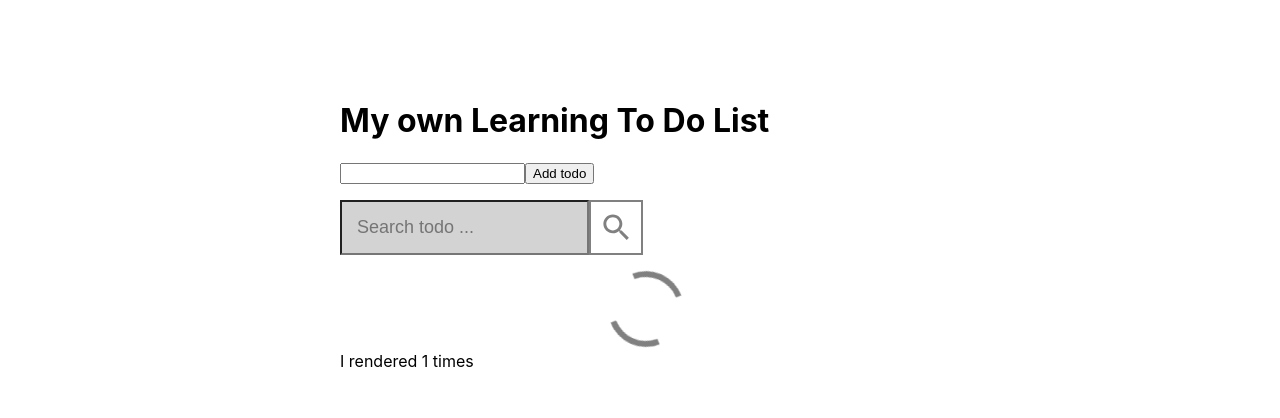
Repository: ArusyakAghajanyan/To-Do
Page: /
The author's editor kept a copy of each file at every save. The page is drawn from the files as they stood at one save, then again after the next save.
The browser window is 1280 px wide. The pictures show the whole page.
The page's requests for data from a server got no answer. The project was rebuilt for these pictures with package versions that can differ from the ones it lists, and the page was loaded fresh each time. No one was signed in, and anything a server would have sent is missing. Also part of the build but not shown: src/Todo/TodoItem.js, src/Todo/TodoList.js.

Above is the page before, as saved 2022-03-16 16:22:57.

### src/index.css
body {
  margin: 0;
  font-family: -apple-system, BlinkMacSystemFont, 'Segoe UI', 'Roboto', 'Oxygen',
    'Ubuntu', 'Cantarell', 'Fira Sans', 'Droid Sans', 'Helvetica Neue',
    sans-serif;
  -webkit-font-smoothing: antialiased;
  -moz-osx-font-smoothing: grayscale;
}

code {
  font-family: source-code-pro, Menlo, Monaco, Consolas, 'Courier New',
    monospace;
}
.wrapper {
  padding-top: 5rem;
  margin: 0 auto;
  width: 600px;
}
.rm {
  background: gray;
  border-radius: 50%;
  color:#fff;
  border: none;
}

.done {
  text-decoration: line-through;
}

.lds-dual-ring {
  display: inline-block;
  width: 80px;
  height: 80px;
}

.lds-dual-ring:after {
  content: " ";
  display: block;
  width: 64px;
  height: 64px;
  margin: 8px;
  border-radius: 50%;
  border: 6px solid gray;
  border-color: gray transparent gray transparent;
  animation: lds-dual-ring 1.2s linear infinite;
}
@keyframes lds-dual-ring {
  0% {
    transform: rotate(0deg);
  }
  100% {
    transform: rotate(360deg);
  }
}

### src/App.js
import React, { useEffect, useRef, useState } from 'react'
import TodoList from './Todo/TodoList'
import Context from './context'
import Loader from './Loader'
import SearchBar from './Search/SearchBar'

const AddTodo = React.lazy(
  () =>
  new Promise(resolve => {
    setTimeout(() => {
      resolve(import('./Todo/AddTodo'))
    }, 3000)
  })
  )

function App() {
  const [todos, setTodos] = useState([])
    // { id: 1, completed: false, title: 'Learn HTML, CSS'},
    // { id: 2, completed: true, title: 'Learn Js'},
    // { id: 3, completed: false, title: 'Learn React'},
    // { id: 4, completed: false, title: 'Learn Java'}
  const [loading, setLoading] = useState(true)
  const renderCount = useRef(0)
  const[data,setData] = useState([])

  useEffect(() => {
    renderCount.current = renderCount.current + 1
  })


useEffect(() => {
  fetch('https://jsonplaceholder.typicode.com/todos?_limit=5')
    .then(response => response.json())
    .then(todos => {
      setTimeout(() => {
        setTodos(todos)
        setLoading(false)
      }, 2000)
    })
}, [])

  function toggleTodo(id){
    setTodos(
    todos.map(todo => {
    if (todo.id === id) {
      todo.completed = !todo.completed
    }
    return todo
    })
    )
  }

  function removeTodo(id){
   setTodos(todos.filter(todo => todo.id !== id))
  }

  function addTodo(title) {
    setTodos(todos.concat([{
      title,
      id: Date.now(),
      completed: false
    }]))
  }
  function searchResult(data){
    console.log("data=", data)
    setData(data)
  }
  return (
    <Context.Provider value={{ removeTodo }}>
    <div className='wrapper'>
      <h1>My own Learning To Do List</h1>
      <React.Suspense fallback={<p>Loading...</p>}>

      <AddTodo onCreate={addTodo} />
      <SearchBar placeholder="Search todo ..." data={todos}  filterData={searchResult} />
      </React.Suspense>
      {loading && <Loader />}
      {todos.length ? (
      <TodoList todos={data.length > 0 ? data : todos} onToggle={toggleTodo} />
      ) : loading ? null : (
        <p>No todos!</p>
       )}
       <div> I rendered {renderCount.current} times </div>
       <div >

    </div>

    </div>
    </Context.Provider>

  )
}

export default App

### src/Loader.js
import React from 'react'

export default () => <div style={{display: 'flex', justifyContent: 'center', margin: '.5rem' }}>
    <div className="lds-dual-ring" /></div>

### src/Search/SearchBar.js
import React, { useState, useEffect } from "react";
import "./SearchBar.css";
import SearchIcon from '@mui/icons-material/Search';
import CloseIcon from '@mui/icons-material/Close';

function SearchBar({ placeholder, data, filterData }) {
  const [filteredData, setFilteredData] = useState([]);
  const [wordEntered, setWordEntered] = useState("");

  const handleFilter = (event) => {
    const searchWord = event.target.value;
    setWordEntered(searchWord);
    const newFilter = data.filter((value) => {
      return value.title.toLowerCase().includes(searchWord.toLowerCase());
    });

    if (searchWord === "") {
      setFilteredData([]);
    } else {
      setFilteredData(newFilter);
    }
  };

  const clearInput = () => {
    setFilteredData([]);
    setWordEntered("");
  };

 useEffect(() => {
  filterData(filteredData)

 }, [filteredData])


  return (
    <div className="search">
      <div className="searchInputs">
        <input
          type="text"
          placeholder={placeholder}
          value={wordEntered}
          onChange={handleFilter}

        />
        <div className="searchIcon">
          {filteredData.length === 0 ? (
            <SearchIcon />
          ) : (
            <CloseIcon id="clearBtn" onClick={clearInput} />
          )}
        </div>
      </div>

    </div>
  );

}

export default SearchBar;

### src/Todo/AddTodo.js
import React, { useState } from "react";
import PropTypes from "prop-types";

function useInputValue(defaultValue = " ") {
  const [value, setValue] = useState(defaultValue);
  return {
    bind: {
      value,
      onChange: (event) => setValue(event.target.value),
    },
    clear: () => setValue(""),
    value: () => value,
  };
}

function AddTodo({ onCreate }) {
  const input = useInputValue(" ");

  function submitHandler(event) {
    event.preventDefault();

    if (input.value().trim()) {
      onCreate(input.value());
      input.clear();
    }
  }

  return (
    <form style={{ marginBottom: "1rem" }} onSubmit={submitHandler}>
      <input {...input.bind} />
      <button type="submit">Add todo</button>
    </form>
  );
}

AddTodo.propTypes = {
  onCreate: PropTypes.func.isRequired,
};

export default AddTodo;

### src/Search/SearchBar.css
.searchInputs {
    margin-top: 0px;
    display: flex;
  }

  .search input{
    background-color: lightgray;
    border-top-right-radius: 0px;
    border-bottom-right-radius: 0px;
    font-size: 18px;
    padding: 15px;
    width: 215px;
  }

  .searchIcon {
    background-color: lightgray;
    border: 2px solid gray;
    width: 50px;
    background-color: white;
    display: grid;
    place-items: center;
    color: gray;
  }

  input:focus {
    outline: none;
  }
  .searchIcon svg {
    font-size: 35px;
  }

  /* .dataResult {
    margin-top: 0px;
    width: 300px;
    height: 200px;
    background-color: lightgray;
    box-shadow: rgba(0, 0, 0, 0.35) 0px 5px 15px;
    overflow: hidden;
    overflow-y: auto;
    position: absolute;
  } */

  /* .dataResult::-webkit-scrollbar {
    display: none;
  } */

  /* .dataResult .dataItem {
    width: 100%;
    height: 50px;
    display: flex;
    align-items: center;
    color: black;
  } */

  /* .dataItem p {
    margin-left: 10px;
  }
  a {
    text-decoration: none;
  } */

  /* a:hover {
    background-color: lightgrey;
  } */

  #clearBtn {
    cursor: pointer;
  }

Loaded but not shown: public/index.html (common file); src/index.js (common file); src/reportWebVitals.js (common file); src/context.js (common file)

After the next save:
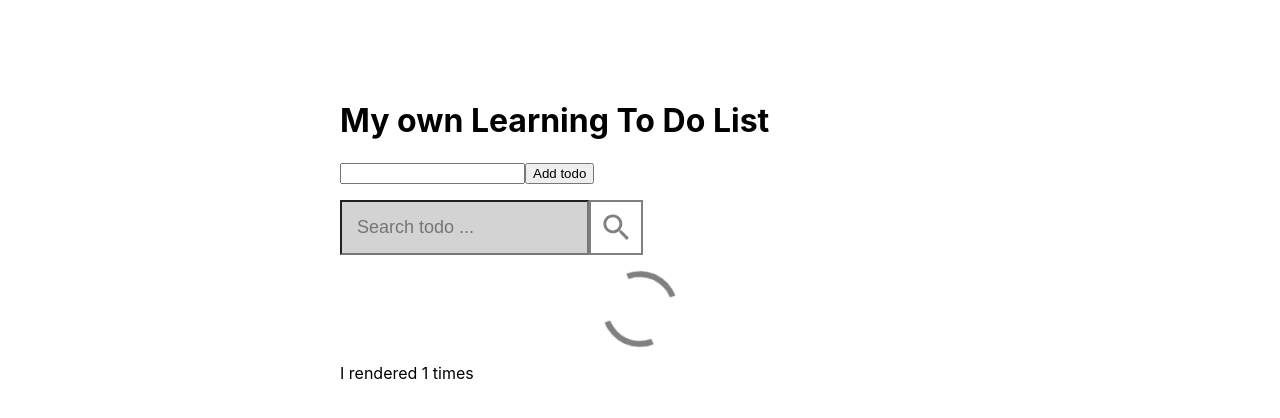
Saved 4 s later.
--- a/src/index.css
+++ b/src/index.css
@@ -28,9 +28,9 @@
 }
 
 .lds-dual-ring {
-  display: inline-block;
+  /* display: inline-block;
   width: 80px;
-  height: 80px;
+  height: 80px; */
 }
 
 .lds-dual-ring:after {

After the save that followed:
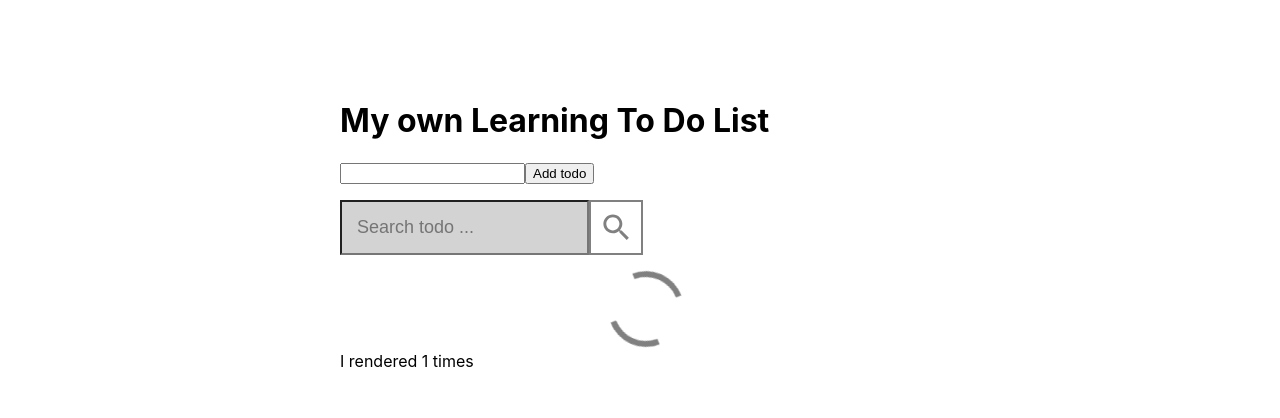
Saved 9 s later.
--- a/src/index.css
+++ b/src/index.css
@@ -28,9 +28,9 @@
 }
 
 .lds-dual-ring {
-  /* display: inline-block;
+  display: inline-block;
   width: 80px;
-  height: 80px; */
+  height: 80px;
 }
 
 .lds-dual-ring:after {
